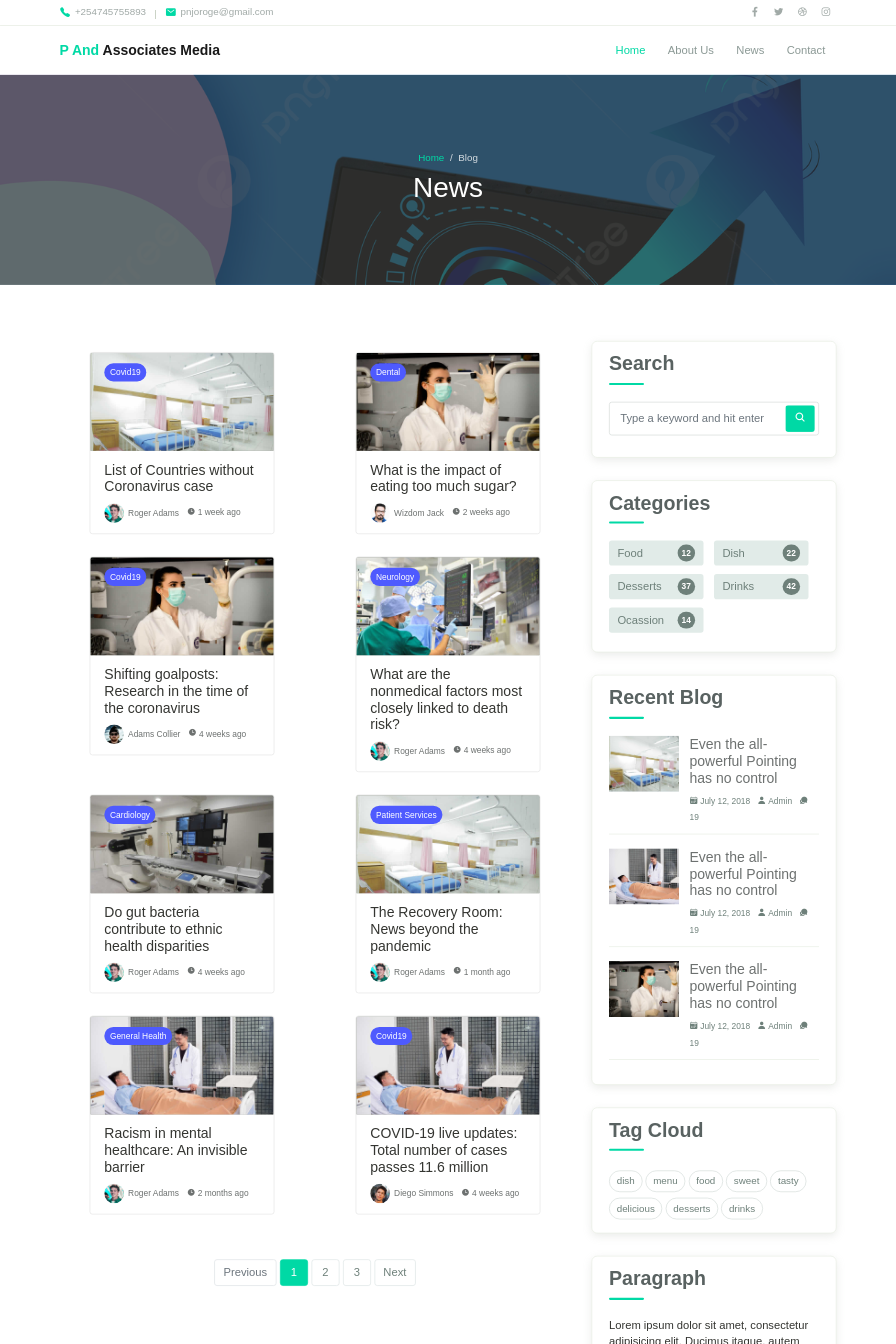
Repository: profbkmurage/myWeb
Page: html/blog.html
An editor plug-in stored every save of this project. The page is shown before and after the next save, followed by the edit.
The browser window is 1280 px wide. The pictures show the part of the page from y = 0 to 1920 px (the page is 3004 px tall), at 70% of full size.

Above is the page before, as saved 2023-12-11 14:05:50.

After the next save:
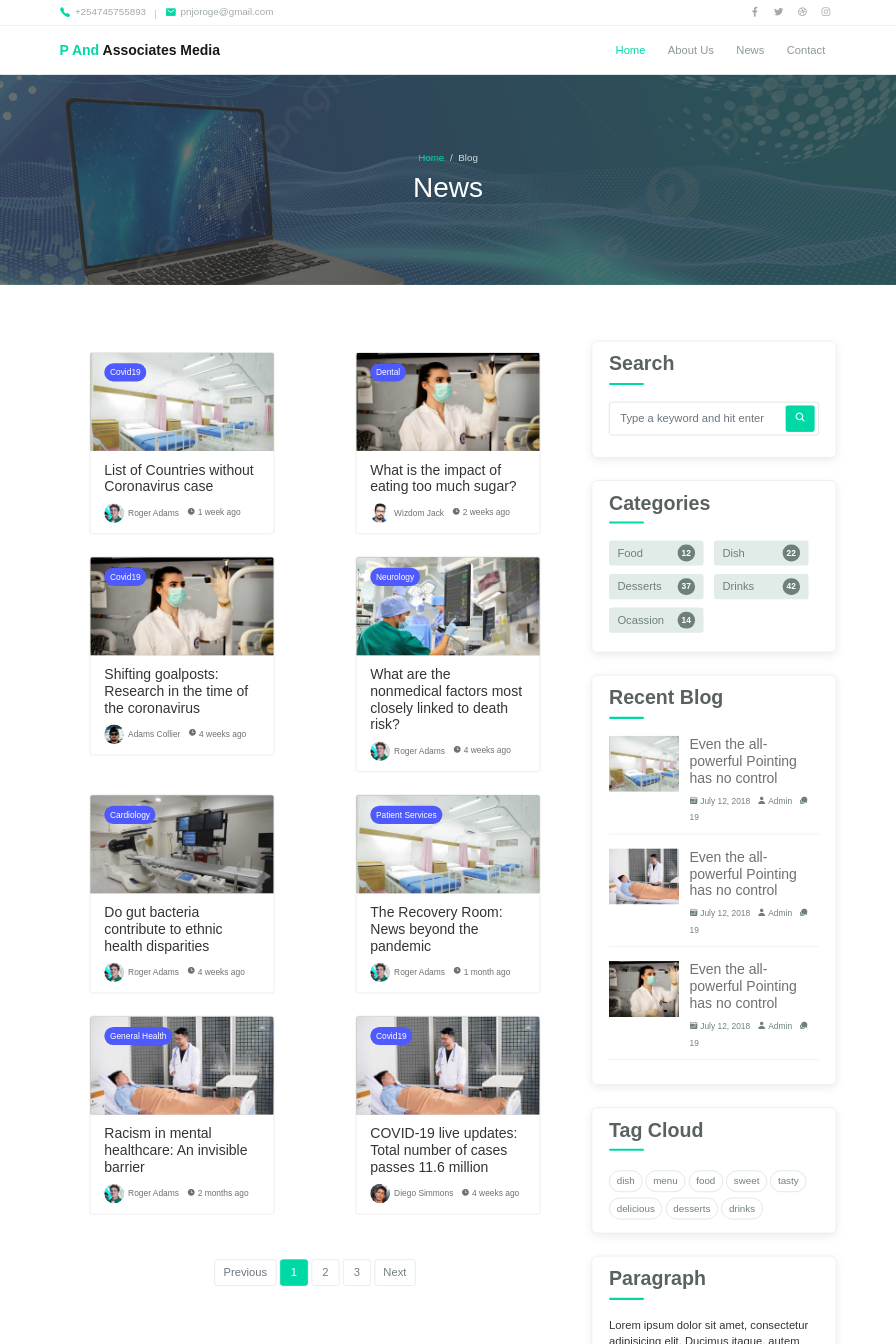
Saved 35 s later.
--- a/html/blog.html
+++ b/html/blog.html
@@ -89,7 +89,7 @@
     </nav>
   </header>
 
-  <div class="page-banner overlay-dark bg-image" style="background-image: url(../assets/img/frontend.jpg);">
+  <div class="page-banner overlay-dark bg-image" style="background-image: url(../assets/img/landing.jpg);">
     <div class="banner-section">
       <div class="container text-center wow fadeInUp">
         <nav aria-label="Breadcrumb">
